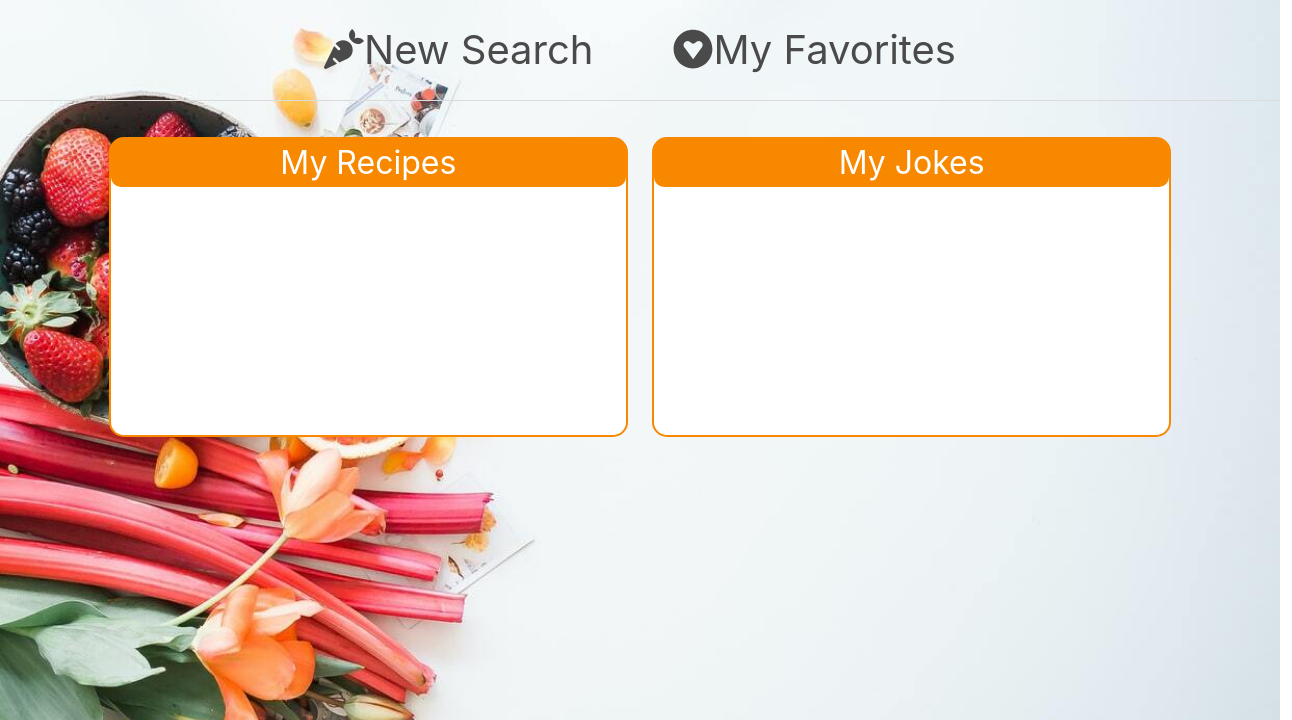
Repository: puakehaulani/the-hungry-app-proj1
Page: favorites.html
The author's editor kept a copy of each file at every save. The page is drawn from the files as they stood at one save, then again after the next save.
The browser window is 1280 px wide. The page is 1292 px wide, so the pictures cover 1292 px, including what lies to the right of the window. The pictures show the whole page.
Some web libraries are served in a nearby version.

Above is the page before, as saved 2020-10-17 12:18:38.

After the next save:
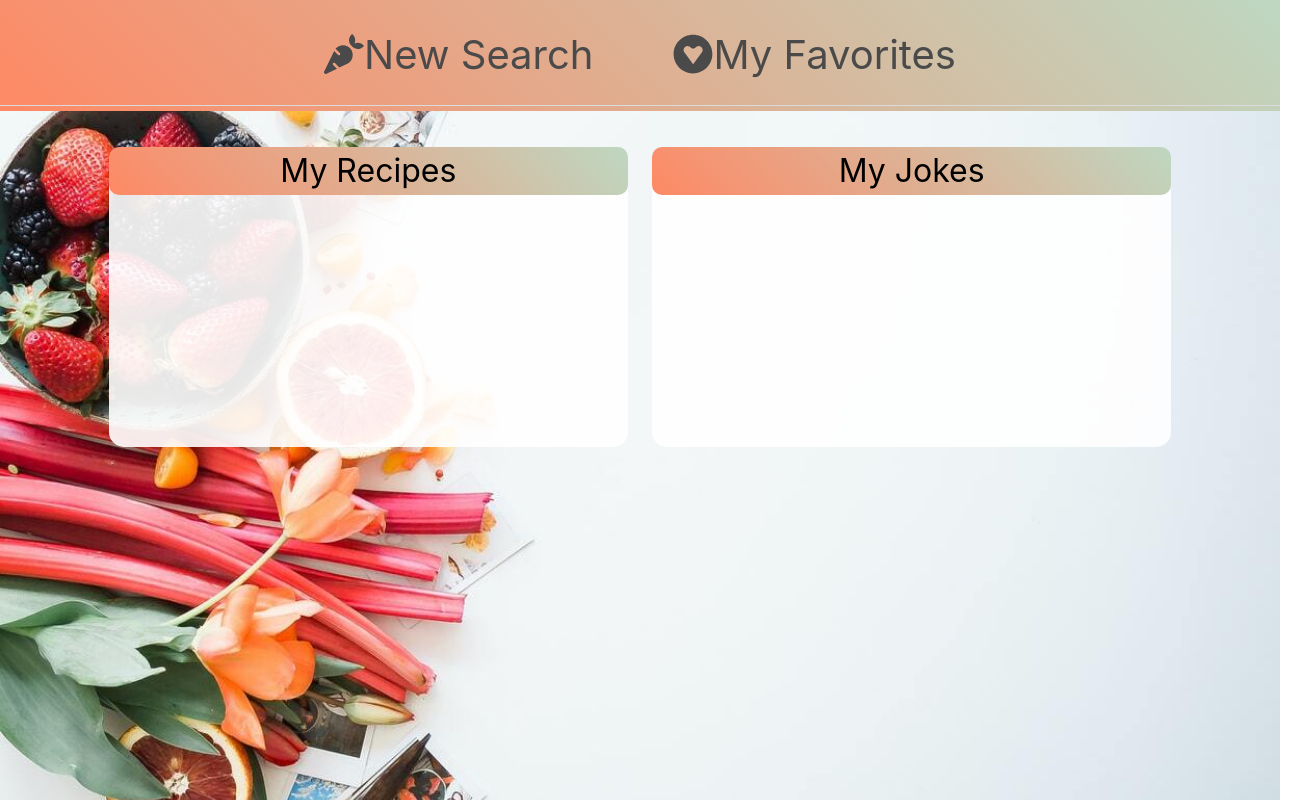
Saved 40 s later.
--- a/assets/style/style.css
+++ b/assets/style/style.css
@@ -2,23 +2,31 @@
 html{
     background-image: url(images/foodOnSIde.jpg);
     background-size: cover;
+    min-height: 800px;
     background-repeat: no-repeat;
 }
 
-.navbar{
-    background-color: #F78800;
+.tabs{
+    background-image: linear-gradient(45deg, #FE8965, #BED7C1) ;
+    padding-bottom: 5px;
+    padding-top: 5px;
+    color: black !important;
 }
 
-.navbar-item{
-    color: white;
+
+.button{
+    background-image: linear-gradient(45deg, #FE8965, #BED7C1) ;
+    color: black;
 }
 
-.navbar-item a{
-    color: white;
+/* Elements only in index html */
+
+#indexInstructions{
+    background-color: rgb(236,75,70, .75);
 }
 
-.button{
-    background-color: #f78800;
+#indexInstructions p{
+    font-weight: bold;
     color: white;
 }
 
@@ -27,11 +35,11 @@ html{
 }
 
 th{
-    background-color: #f78800;
-    color: white !important;
+    background-image: linear-gradient(45deg, #FE8965, #BED7C1) ;
+    color: black !important;
 }
 
-#display { background-color: rgba(252, 177, 15, 0.55) ;
+.display { background-color: rgba(252, 177, 15, 0.55) ;
            color: black;
            float: left;
            max-height: fit-content;
@@ -43,33 +51,23 @@ th{
 #favRecipes{
     min-height: 300px;
     color: black;
-    background-color: white;
-    border-style: solid;
-    border-width: 2px;
+    background-color: rgb(256, 256, 256, .9);
     border-radius: 15px;
-    border-color: #F78800;
 }
 
 #favRecipes h1{
-    background-color: #F78800;
-    font-size: 2rem;
-    color: white;
+    background-image: linear-gradient(45deg, #FE8965, #BED7C1) ;
     border-radius: 10px;
 }
 
 #favJokes{
     min-height: 300px;
     color: black;
-    background-color: white;
-    border-style: solid;
-    border-width: 2px;
+    background-color: rgb(256, 256, 256, .9);
     border-radius: 15px;
-    border-color: #F78800;
 }
 
 #favJokes h1{
-    background-color: #F78800;
-    font-size: 2rem;
-    color: white;
+    background-image: linear-gradient(45deg, #FE8965, #BED7C1) ;
     border-radius: 10px;
 }
